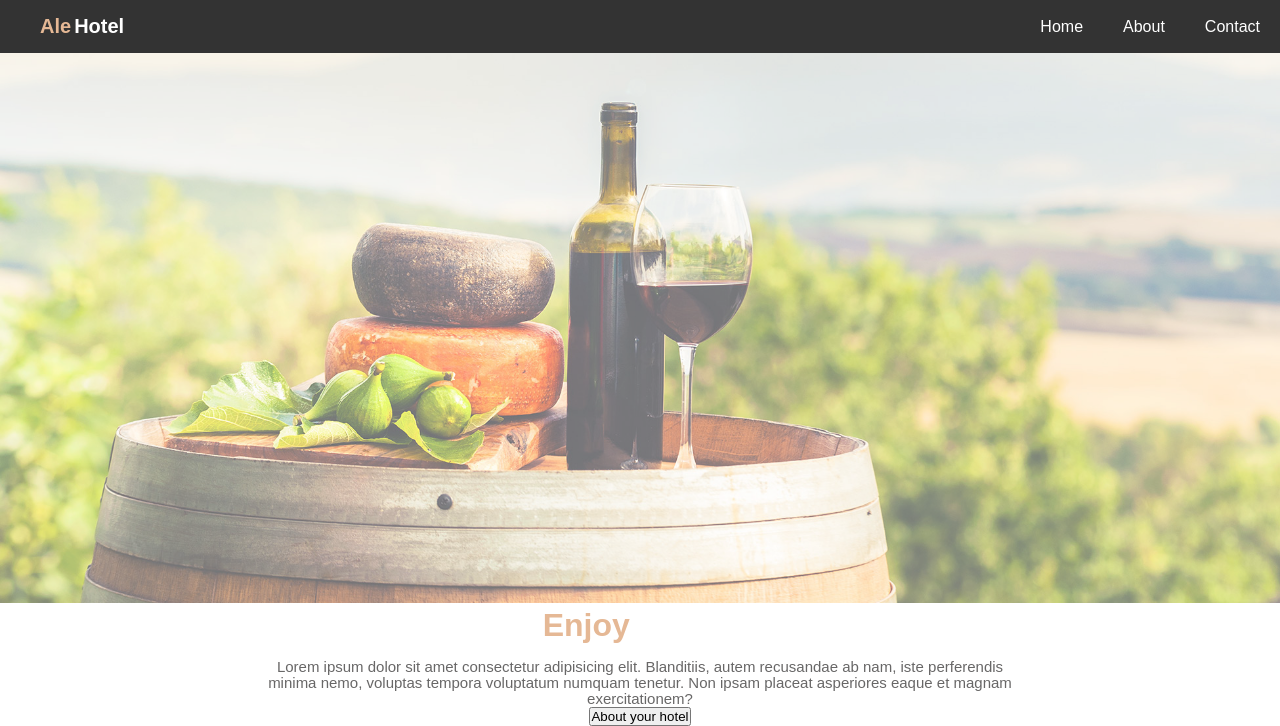
Repository: Ngoc28/HTML-CSS
Page: aleHoltel/index.html
The author's editor kept a copy of each file at every save. The page is drawn from the files as they stood at one save, then again after the next save.
The browser window is 1280 px wide. The pictures show the whole page.

Above is the page before, as saved 2023-08-05 23:35:13.

After the next save:
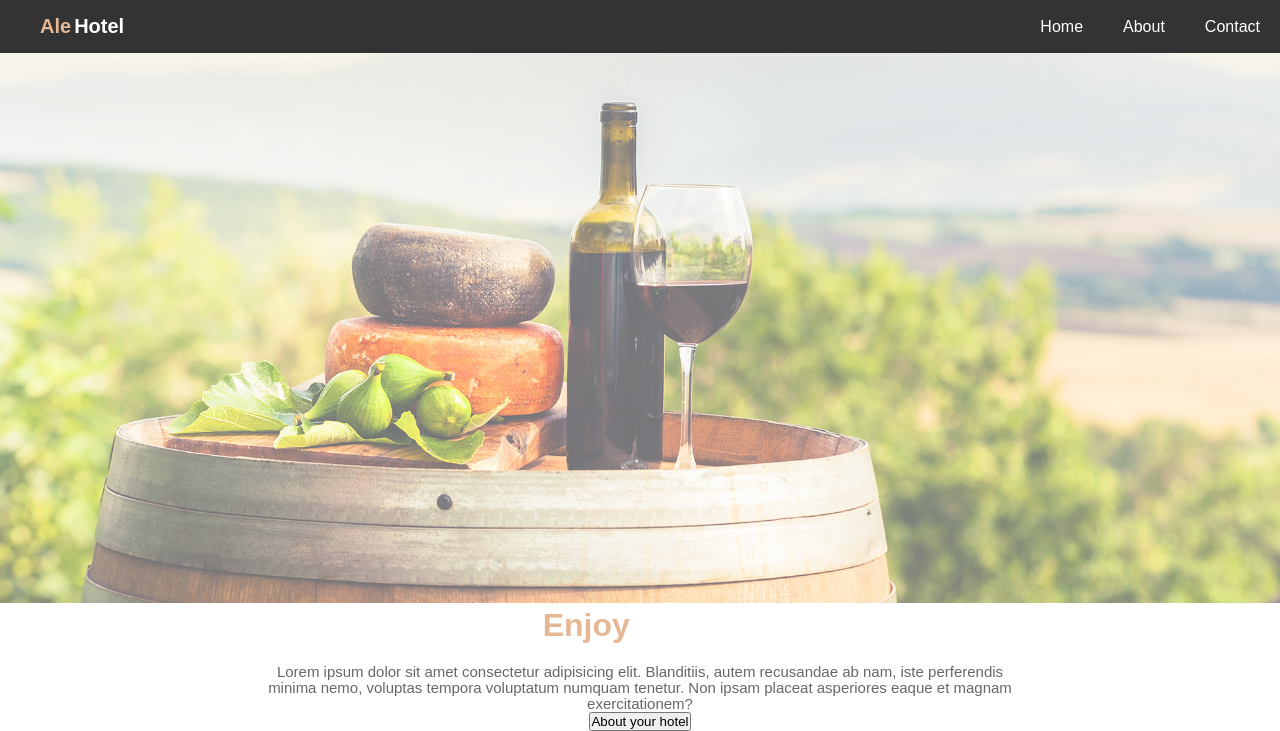
Saved 12 s later.
--- a/aleHoltel/style.css
+++ b/aleHoltel/style.css
@@ -90,7 +90,7 @@ header {
 }
 
 .about-text {
-    padding-top: 15px;
+    padding-top: 20px;
     font-size: 15px;
     color: #686767;
     line-height: 16px;
